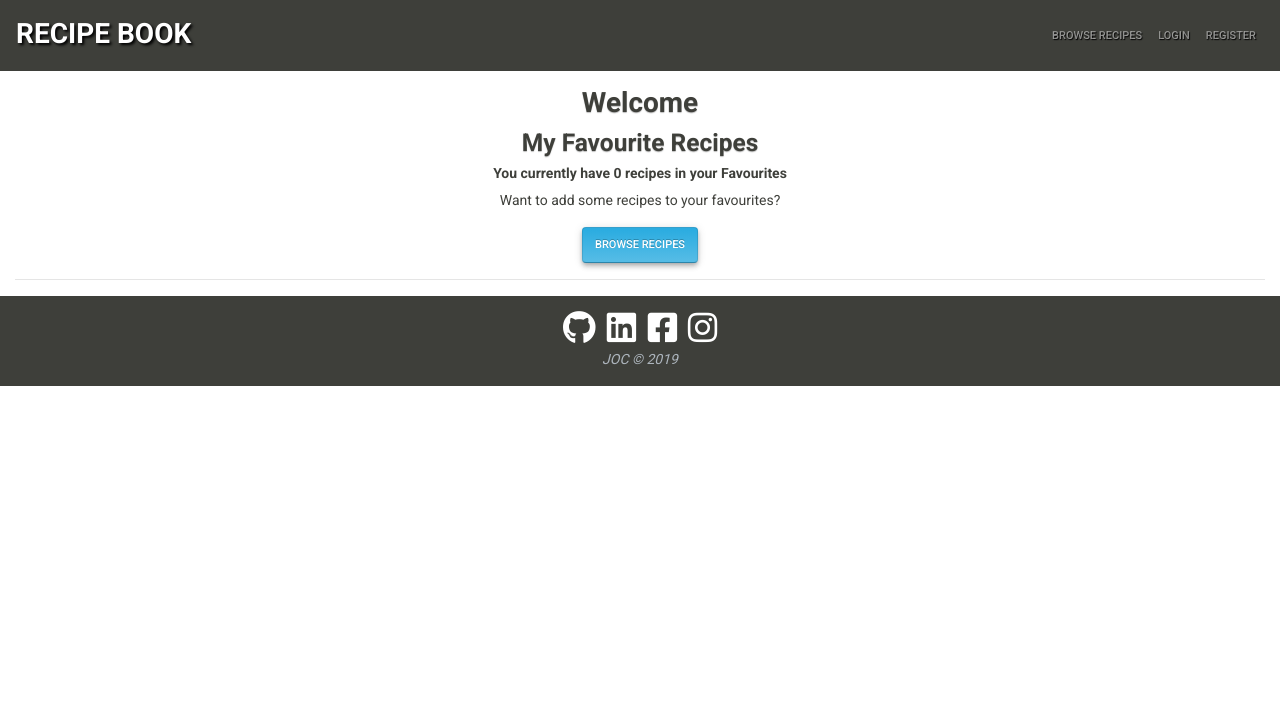
Repository: johnnycistudent/recipe-app
Page: templates/my_favourites.html
The author's editor kept a record of every edit. The page is drawn from the files as they stood at one moment, then again after the next edit.
The browser window is 1280 px wide. The pictures show the whole page.
Some web libraries are served in a nearby version. The template is drawn by Flask 3. The application's start-up code is not run. Other server files are loaded and not shown. The template is opened directly, without the code that normally fills it, so the values that code supplies are empty.

Above is the page before.

### templates/my_favourites.html
{% extends 'base.html' %} {% block content %}

<div class="container-fluid">

    <h2 class="page-heading"> Welcome {{ user.username|title }} </h2>

    <h3>My Favourite Recipes</h3>

    <h6>You currently have {{ favourites_recipes|length }} {% if favourites_recipes|length == 1 %}recipe {% else %} recipes {% endif %} in your Favourites </h6>

    <!-- Section to encourage users to add recipes to their favourites -->
    <div class="row">
        <div class="col-sm-12 text-center">
            <p>Want to add {% if favourites_recipes|length >= 1 %} more {% else %} some {% endif %} recipes to your favourites?</p>

            <!-- Browse Recipe Button -->
            <a role="button" class="btn btn-details" href="{{url_for('get_recipes')}}">Browse Recipes</a>
        </div>
    </div>

    <hr>

    <!-- USER'S FAVOURITE RECIPES - Displays all recipes that the User has previously added to their favourites -->
    <div class="row">


        {% for favourite in favs %}
        <div class="col-sm-12 col-md-6 col-lg-4 mx-auto">
            <div class="card text-center">
                <div class="card-body text-center">

                    <!-- Link to Favourite Recipe Display on the Recipe Image -->
                    <a href="{{ url_for('recipe_display', recipe_id=favourite._id) }}">

                        <!-- If no photo link is added, a stock photo is used instead -->
                        {% if favourite.photo_url == "" %}
                        <img src="/static/images/backup.jpg" class="card-img-top" alt="{{favourite.recipe_name}}">
                        {% else %}

                        <!-- Favourite Recipe Image Display -->
                        <img src="{{favourite.photo_url}}" class="card-img-top" alt="{{favourite.recipe_name}}">
                        {% endif %}
                    </a>

                    <!-- Favourite Recipe Name-->
                    <h4 class="card-title"><a class="name-link" href="{{url_for('recipe_display', recipe_id=favourite._id)}}">{{favourite.recipe_name|title}}</a></h4>

                    <hr>

                    <div class="row card-details-wrapper">

                        <!-- Favourite Recipe Servings -->
                        <div class="card-details col-6 ">
                            <span class="recipe-icon"><i class="fas fa-user fa-2x"></i></span>
                            <span class="recipe-input"> {{ favourite.servings }} </span>
                            <span class="recipe-variable">Servings</span>
                        </div>

                        <!-- Favourite Recipe Preptime -->
                        <div class="card-details col-6 ">
                            <span class="recipe-icon"><i class="fas fa-clock fa-2x"></i></span>
                            <span class="recipe-input">{{ favourite.preptime }}</span>
                            <span class="recipe-variable">Minutes</span>
                        </div>

                        <!-- Favourite Recipe Calories -->
                        <div class="card-details col-6 offset-3 ">
                            <span class="recipe-icon"><i class="fas fa-burn fa-2x"></i></span>
                            <span class="recipe-input">{{ favourite.calories }}</span>
                            <span class="recipe-variable">Calories</span>
                        </div>
                    </div>

                    <hr>

                    <!-- View Full Recipe Button -->
                    <a href="{{ url_for('recipe_display', recipe_id=favourite._id) }}" class="btn btn-main">View Full Recipe</a>

                    <!-- Delete from Favourites Button -->
                    <a role="button" href="{{ url_for('remove_from_favourites', recipe_id=favourite._id, user=user['username']) }}" class="btn btn-delete">Remove from Favourites</a>
                </div>
            </div>
        </div>
        {% endfor %}
    </div>
    <!-- /USER'S FAVOURITE RECIPES -->


</div>

{% endblock %}

### templates/base.html
<html>

<head>
    <!-- Required meta tags -->
    <meta charset="utf-8">
    <meta name="viewport" content="width=device-width, initial-scale=1, shrink-to-fit=no">

    <!--Font Awesome 5.7.2 CDN Link-->
    <link rel="stylesheet" href="https://use.fontawesome.com/releases/v5.8.1/css/all.css" integrity="sha384-50oBUHEmvpQ+1lW4y57PTFmhCaXp0ML5d60M1M7uH2+nqUivzIebhndOJK28anvf" crossorigin="anonymous">
    <!--Bootstrap 4.1.3 CSS CDN Link-->
    <link rel="stylesheet" href="https://stackpath.bootstrapcdn.com/bootstrap/4.3.1/css/bootstrap.min.css" integrity="sha384-ggOyR0iXCbMQv3Xipma34MD+dH/1fQ784/j6cY/iJTQUOhcWr7x9JvoRxT2MZw1T" crossorigin="anonymous">
    <!-- Google Fonts Link -->
    <link href="https://fonts.googleapis.com/css?family=Open+Sans:400,400i,700|Roboto+Slab" rel="stylesheet">
    <!-- Stylesheets -->
    <!--Bootswatch Sandstone Link -->
    <link rel="stylesheet" href="{{url_for('static', filename='css/bootstrap.min.css')}}" type="text/css" />
    <!--My Css Link-->
    <link rel="stylesheet" href="{{url_for('static', filename='css/style.css')}}" type="text/css" />
    <!----------Favicon Link------->
    <link rel="shortcut icon" href="{{url_for('static', filename='images/cookbook.png')}}" type="image/x-icon" />
    <title>Recipe Book</title>
</head>

<body>

    <!--- NAVBAR from Bootstrap/Bootswatch  --->
    <nav class="navbar navbar-expand-lg navbar-dark bg-primary">

        <!--- Brand Name  --->
        <a class="navbar-brand" href="{{url_for('get_recipes')}}">RECIPE BOOK</a>
        <button class="navbar-toggler" type="button" data-toggle="collapse" data-target="#navbarNavDropdown" aria-controls="navbarNavDropdown" aria-expanded="false" aria-label="Toggle navigation">
        <span class="navbar-toggler-icon"></span>
        </button>
        <div class="collapse navbar-collapse ml-auto" id="navbarNavDropdown">
            <ul class="navbar-nav ml-auto active">

                <!--- Browse Recipes Link  --->
                <li class="nav-item">
                    <a class="nav-link" href="{{url_for('get_recipes')}}">Browse Recipes</a>
                </li>

                <!--- If the User is signed in, they will see the below navbar links  --->
                {% if session.user %}

                <!--- User Recipes Link  --->
                <li class="nav-item">
                    <a class="nav-link" href="{{url_for('profile', user=session.user)}}">My Recipes</a>
                </li>

                <!--- User Favourite Recipes Link  --->
                <li class="nav-item">
                    <a class="nav-link" href="{{url_for('my_favourites', user=session.user)}}">My Favourites</a>
                </li>

                <!--- Add a New Recipe Link  --->
                <li class="nav-item">
                    <a class="nav-link" href="{{url_for('add_recipe')}}">Add Recipe</a>
                </li>

                <!--- If the User is the Admin(named "admin"), they will see the below navbar link  --->
                {% if session.user == "admin" %}

                <!--- Admin Reports Link  --->
                <li class="nav-item">
                    <a class="nav-link" href="{{url_for('admin')}}">Admin Area</a>
                </li>
                {% endif %}

                <!--- Log Out Link  --->
                <li class="nav-item">
                    <a class="nav-link" href="{{url_for('logout')}}">Log Out</a>
                </li>



                <!--- If the User is not signed in, they will see the below navbar links  --->

                {% else %}

                <!--- Login Link  --->
                <li class="nav-item">
                    <a class="nav-link" href="{{url_for('login')}}">Login</a>
                </li>

                <!--- Register Link  --->
                <li class="nav-item">
                    <a class="nav-link" href="{{url_for('register')}}">Register</a>
                </li>
                {% endif %}

            </ul>
        </div>
    </nav>

    <!--- /NAVBAR from Bootstrap/Bootswatch  --->


    <!--- ALERTS CONTAINER --->
    <!--- Taken and modified from Miroslav Svec's (username Miro) sessions from Slack DCD channel --->
    <div class="container-fluid">
        <div id="alerts">
            <div class="row justify-content-center ">
                <div id="messages " class="col-8 ">

                    {% with messages = get_flashed_messages() %} {% if messages %} {% for message in messages %}
                    <div class="alert alert-warning ">
                        <button type="button" class="close" data-dismiss="alert" aria-label="Close">&times;</button>
                        <p class="text-center ">{{ message }}</p>
                    </div>
                    {% endfor %} {% endif %} {% endwith %}
                </div>
            </div>
        </div>
    </div>
    <!--- /ALERTS CONTAINER --->



    {% block content %} {% endblock %}

    <!--- FOOTER --->
    <footer class="footer d-flex mt-auto">
        <div class="container-fluid text-center ">
            <div class="text-center center-block ">
                <br />
                <!--- Social Media Links --->
                <a href="https://github.com/johnnycistudent " target="_blank "><i id="social-gh " class="fab fa-github fa-3x social "></i></a>
                <a href="https://www.linkedin.com/in/john-o-connor-527904170/ " target="_blank "><i id="social-li " class="fab fa-linkedin fa-3x social "></i></a>
                <a href="https://www.facebook.com/john.oconnor.3139 " target="_blank "><i id="social-fb " class="fab fa-facebook-square fa-3x social "></i></a>
                <a href="https://www.instagram.com/johnnyoco/ " target="_blank "><i id="social-in " class="fab fa-instagram fa-3x social "></i></a>
                <!--- /Social Media Links --->
            </div>
            <div class="copyright ">
                <span style="font-style:italic ">JOC © 2019</span>
            </div>
        </div>
    </footer>
    <!--- /FOOTER --->


    <!-- SCRIPTS -->

    <script src="https://code.jquery.com/jquery-3.4.1.min.js" integrity="sha256-CSXorXvZcTkaix6Yvo6HppcZGetbYMGWSFlBw8HfCJo=" crossorigin="anonymous"></script>
    <script src="https://cdnjs.cloudflare.com/ajax/libs/popper.js/1.14.7/umd/popper.min.js" integrity="sha384-UO2eT0CpHqdSJQ6hJty5KVphtPhzWj9WO1clHTMGa3JDZwrnQq4sF86dIHNDz0W1" crossorigin="anonymous"></script>
    <script src="https://stackpath.bootstrapcdn.com/bootstrap/4.3.1/js/bootstrap.min.js" integrity="sha384-JjSmVgyd0p3pXB1rRibZUAYoIIy6OrQ6VrjIEaFf/nJGzIxFDsf4x0xIM+B07jRM" crossorigin="anonymous"></script>
    <script src="{{ url_for( 'static', filename='js/main.js' ) }}"></script>

    <!-- /SCRIPTS -->

</body>

</html>

Loaded but not shown: static/css/bootstrap.min.css (library); static/js/main.js (49 lines, source omitted); static/css/style.css (648 lines, source omitted)

After the next edit:
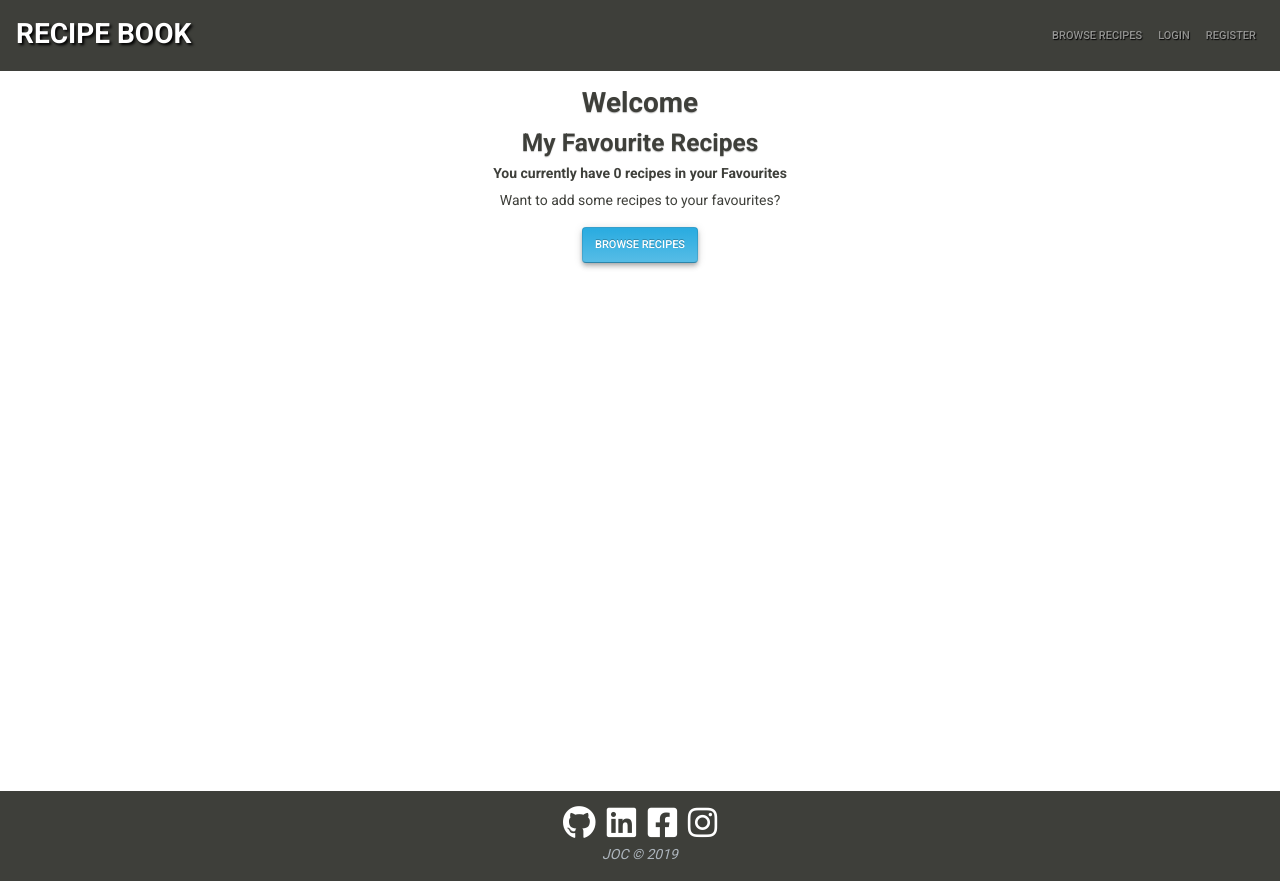
The edit:
--- a/templates/my_favourites.html
+++ b/templates/my_favourites.html
@@ -1,6 +1,6 @@
 {% extends 'base.html' %} {% block content %}
 
-<div class="container-fluid">
+<div class="container-fluid empty-page">
 
     <h2 class="page-heading"> Welcome {{ user.username|title }} </h2>
 
